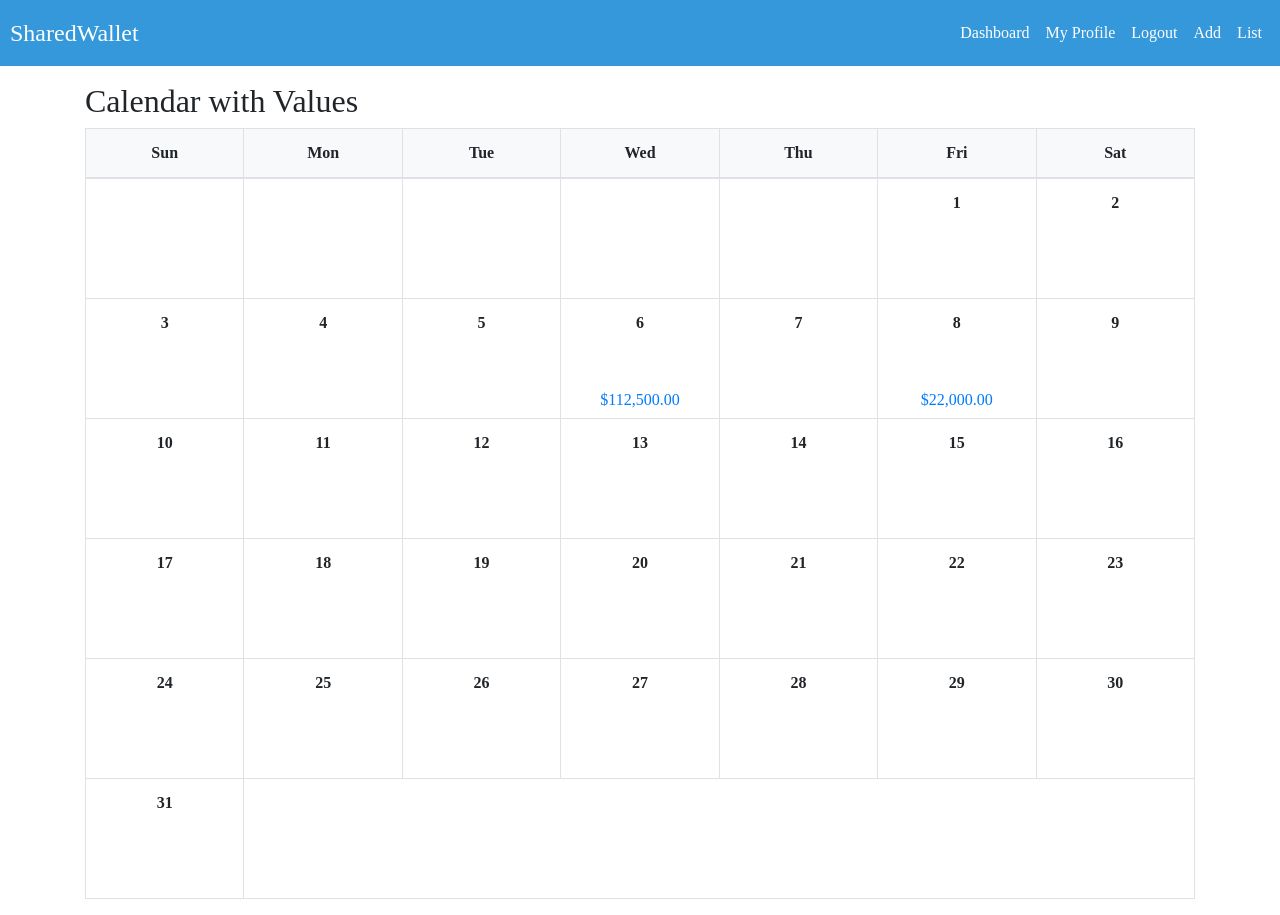
Repository: YoonHakyoung/SharedWallet
Page: http://localhost/Final_Exam/WEB-INF/views/asset/calender.jsp
The author's editor kept a copy of each file at every save. The page is drawn from the files as they stood at one save, then again after the next save.
The browser window is 1280 px wide. The pictures show the whole page.
Some web fonts or font styles are not loaded; a fallback is used. The page is served by Tomcat 9. Nobody is signed in. The template is opened directly, without the code that normally fills it, so the values that code supplies are empty.

Above is the page before, as saved 2023-12-10 07:26:52.

After the next save:
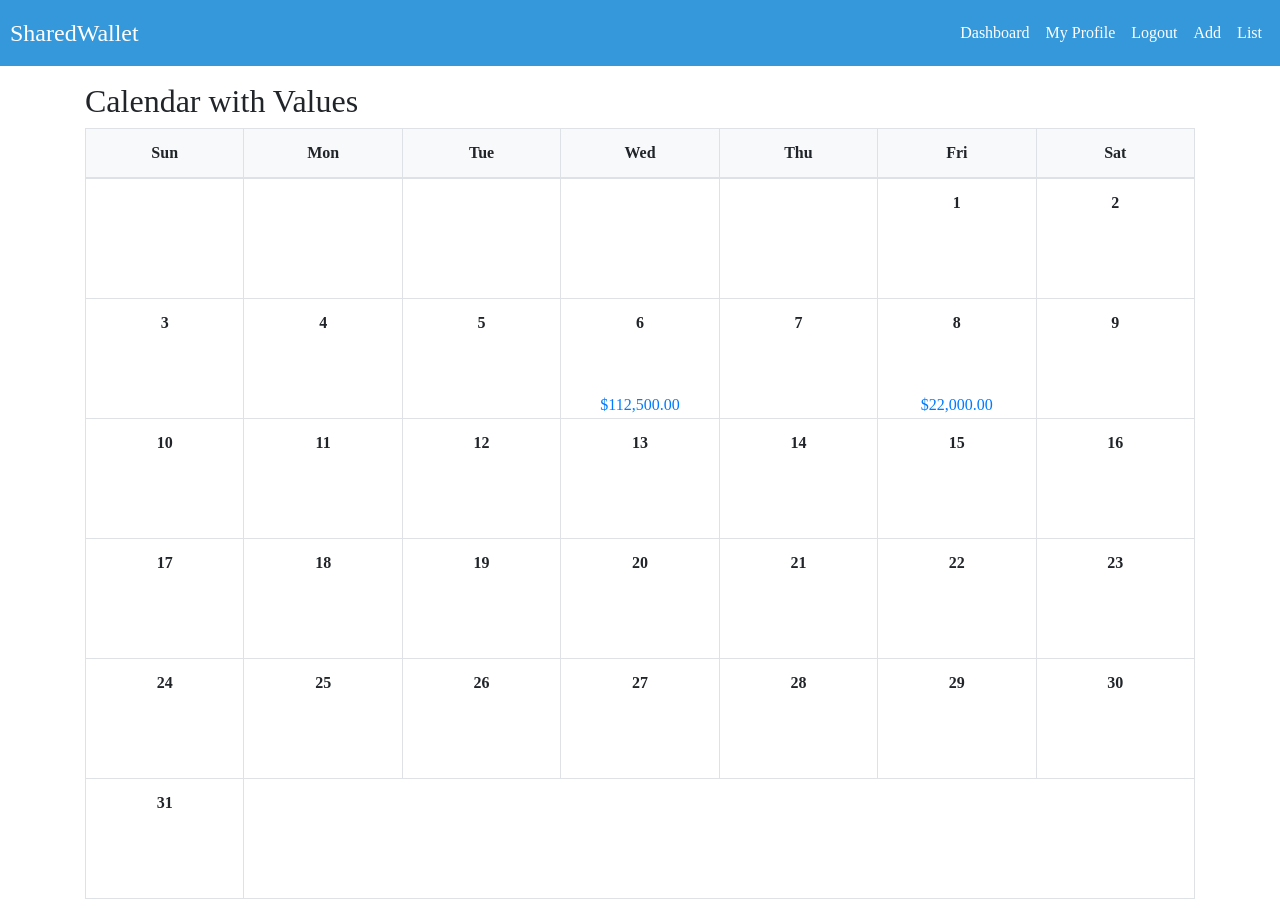
Saved 21 s later.
--- a/Spring/Project/Final Exam/src/main/webapp/WEB-INF/views/asset/calender.jsp
+++ b/Spring/Project/Final Exam/src/main/webapp/WEB-INF/views/asset/calender.jsp
@@ -34,13 +34,13 @@
             border: 1px solid #dddddd;
             padding: 8px;
             text-align: center;
-            vertical-align: top; /* 값을 날짜 위로 정렬 */
+            vertical-align: top;
             width: 14.2857%; /* 날짜 칸에 동일한 가로 길이 부여 */
         }
 
         th {
             height: 30px;
-            background-color: #f8f9fa; /* 부트스트랩 배경색 클래스 */
+            background-color: #f8f9fa;
         }
 
         td {
@@ -49,7 +49,7 @@
 
         .date {
             font-weight: bold;
-            margin-bottom: 5px;
+            margin-bottom: 10px;
         }
 
         .value {
